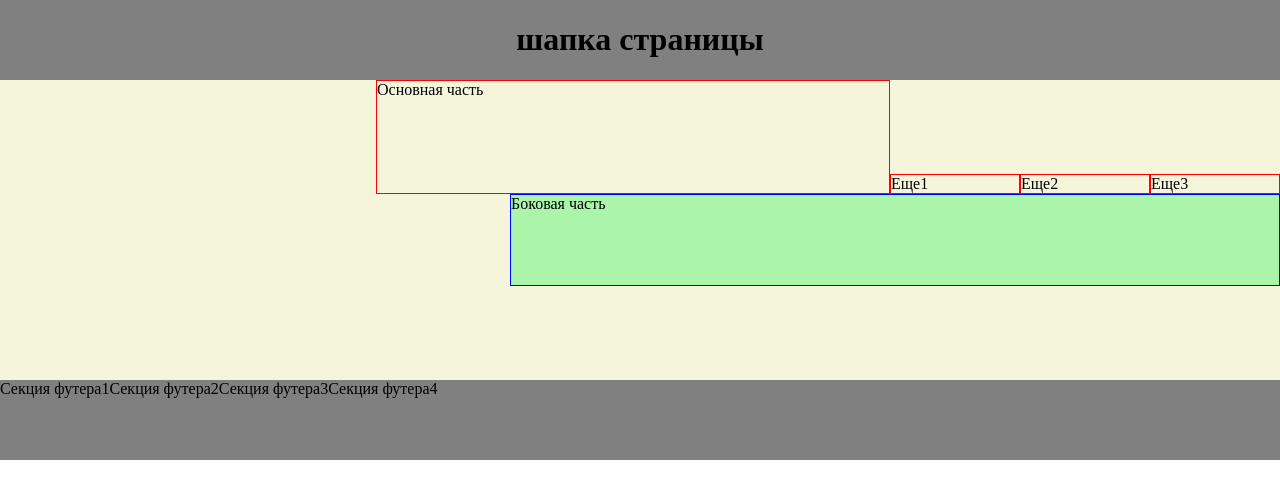
Repository: IrinaGetmanenko/week5
Page: week5/index.html
An editor plug-in stored every save of this project. The page is shown before and after the next save, followed by the edit.
The browser window is 1280 px wide. The pictures show the whole page.

Above is the page before, as saved 2022-08-28 13:33:19.

After the next save:
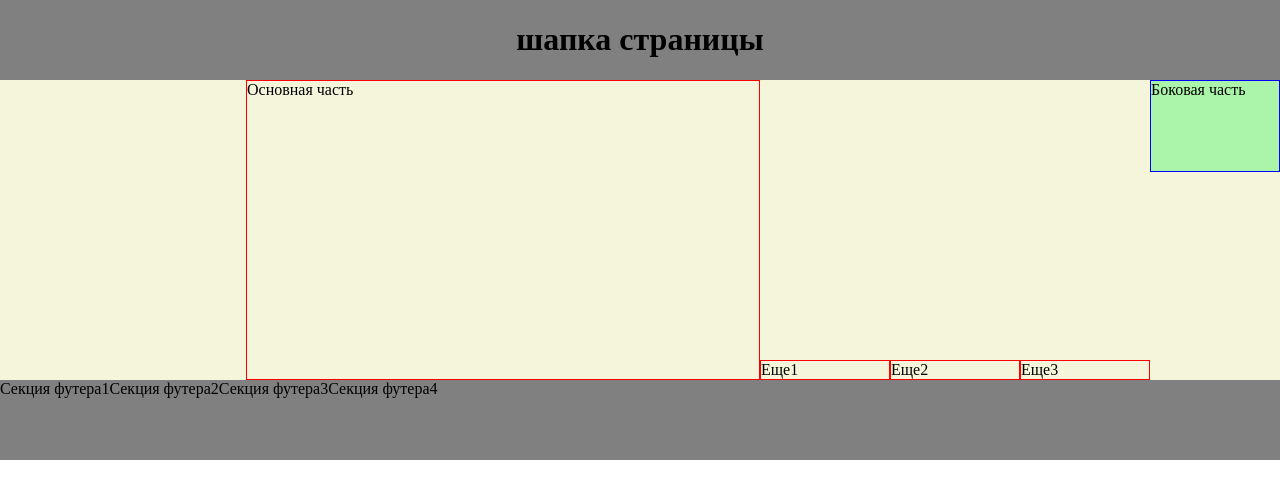
Saved 12 s later.
--- a/week5/index.html
+++ b/week5/index.html
@@ -50,7 +50,7 @@
 
 .aside{
     border: 1px solid blue;
-    width: 60%;
+    width: 10%;
     height: 30%;
     background-color: rgb(170, 245, 170);
 }
